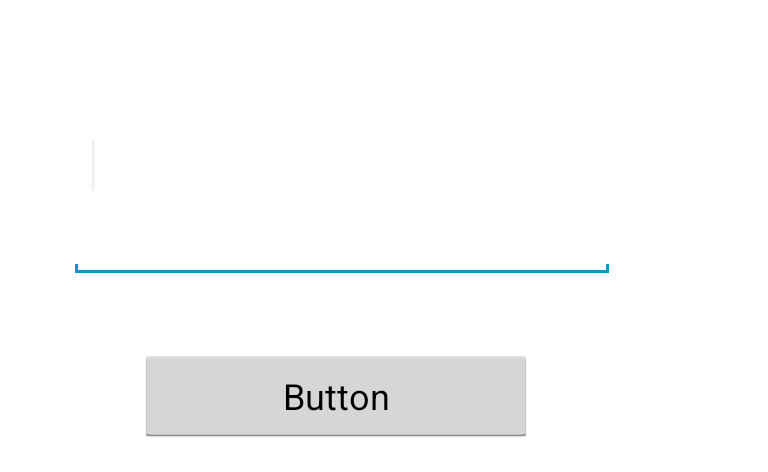
Repository: complexityclass/GosClient
Layout: Client/res/layout/activity_text_browser.xml
An editor plug-in stored every save of this project. The layout is shown before and after the next save, followed by the edit.
The pictures show rows 0 to 472 of an output 1280 px tall.
Pictures or frames that could not be fetched are drawn as grey boxes. It is drawn on a 768 x 1280 px phone screen (xhdpi) without system bars, with theme AppTheme; the app's code is not run.

Above is the layout before, as saved 2013-07-23 12:25:31.

### Client/res/layout/activity_text_browser.xml
<AbsoluteLayout xmlns:android="http://schemas.android.com/apk/res/android"
    xmlns:tools="http://schemas.android.com/tools"
    android:layout_width="match_parent"
    android:layout_height="match_parent"
    android:orientation="horizontal"
    android:paddingBottom="@dimen/activity_vertical_margin"
    android:paddingLeft="@dimen/activity_horizontal_margin"
    android:paddingRight="@dimen/activity_horizontal_margin"
    android:paddingTop="@dimen/activity_vertical_margin"
    tools:context=".TextBrowser" >

    <EditText
        android:id="@+id/LText"
        android:layout_width="274dp"
        android:layout_height="114dp"
        android:layout_x="18dp"
        android:layout_y="10dp"
        android:ems="10" >

        <requestFocus />
    </EditText>

    <WebView
        android:id="@+id/LView"
        android:layout_width="match_parent"
        android:layout_height="218dp"
        android:layout_x="10dp"
        android:layout_y="220dp" />

    <Button
        android:id="@+id/Lbutton"
        android:layout_width="198dp"
        android:layout_height="wrap_content"
        android:layout_x="53dp"
        android:layout_y="158dp"
        android:text="Button" />

</AbsoluteLayout>

Loaded but not shown: Client/res/values-v11/styles.xml (common file); Client/res/values-v14/styles.xml (common file); Client/res/values/styles.xml (common file); Client/res/values/dimens.xml (common file)

After the next save:
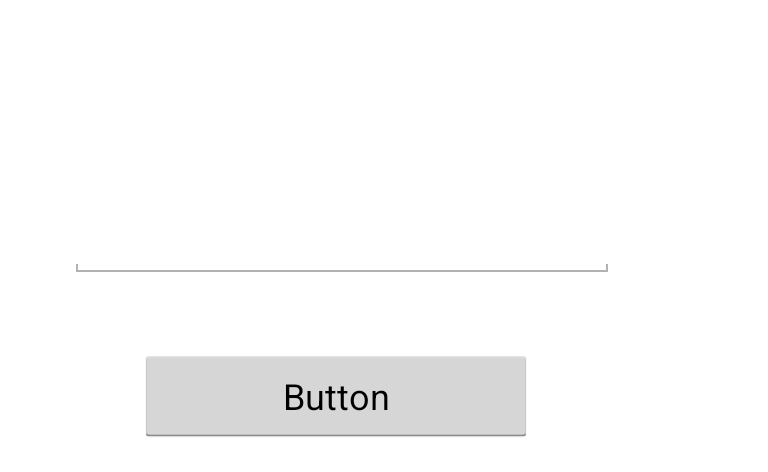
Saved 28 s later.
--- a/Client/res/layout/activity_text_browser.xml
+++ b/Client/res/layout/activity_text_browser.xml
@@ -15,10 +15,7 @@
         android:layout_height="114dp"
         android:layout_x="18dp"
         android:layout_y="10dp"
-        android:ems="10" >
-
-        <requestFocus />
-    </EditText>
+        android:ems="10" />
 
     <WebView
         android:id="@+id/LView"
